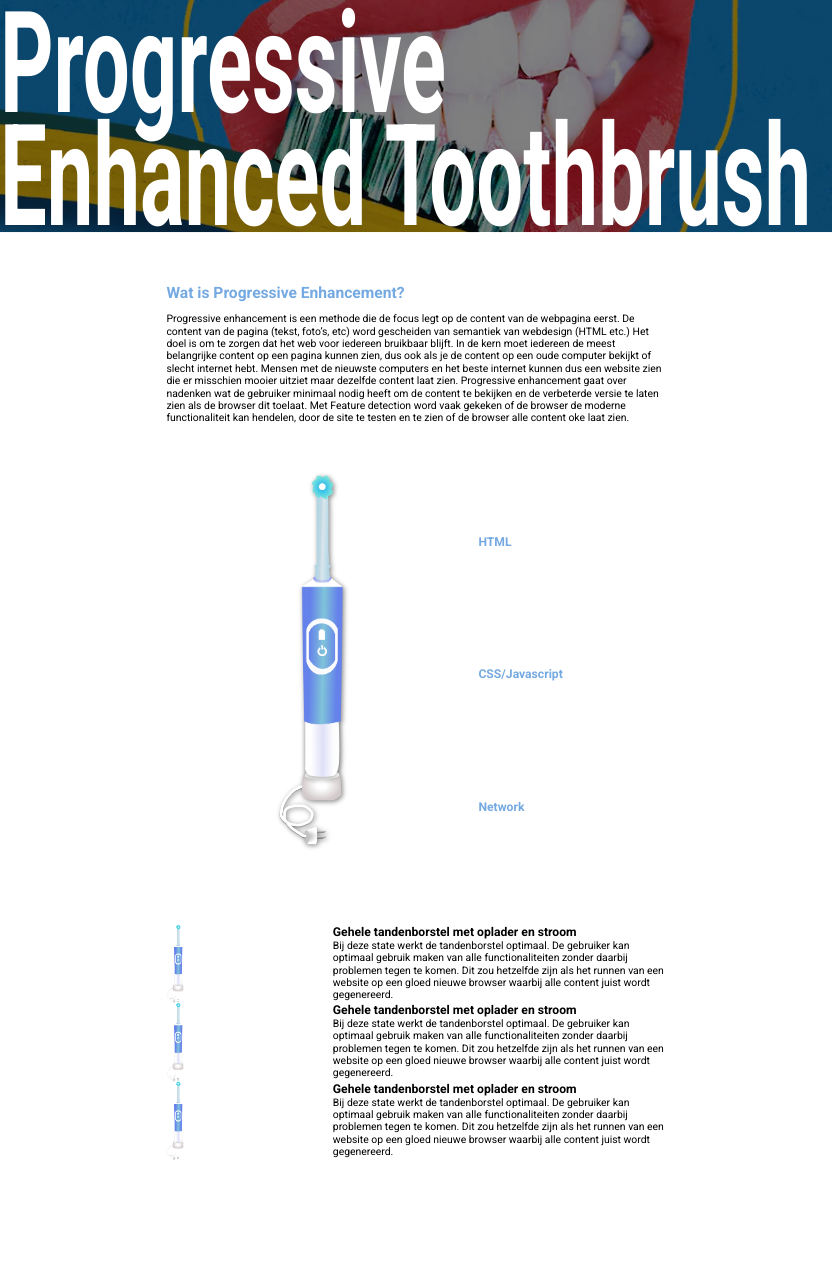
Repository: norakramer1/browser-technologies-2122
Page: progressive-enhanced-toothbrush-main/index.html
These files come from the project's save history. The page is drawn as it stood at one moment and after the next save; the edit follows.
The browser window is 1280 px wide. The pictures show the whole page, at 65% of full size.

Above is the page before, as saved 2022-03-23 14:12:43.

After the next save:
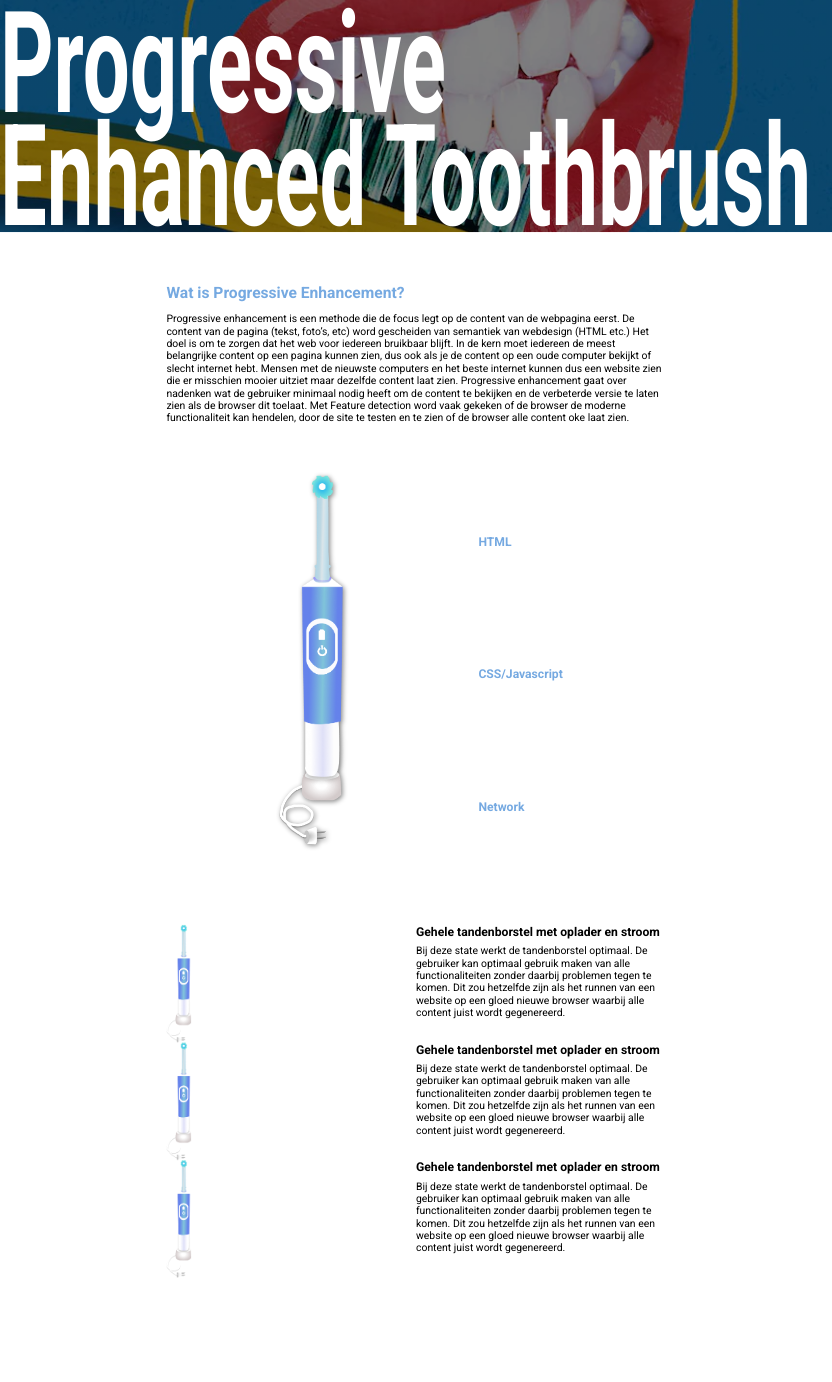
Saved 26 s later.
--- a/progressive-enhanced-toothbrush-main/style.css
+++ b/progressive-enhanced-toothbrush-main/style.css
@@ -102,7 +102,7 @@ article:nth-child(2) img {
 
 article:last-child section {
     display: grid;
-    grid-template-columns: .5fr 1fr;
+    grid-template-columns: 1fr 1fr;
     grid-template-rows: .2fr 1fr;
     grid-column-gap: 0px;
     grid-row-gap: 0px;
